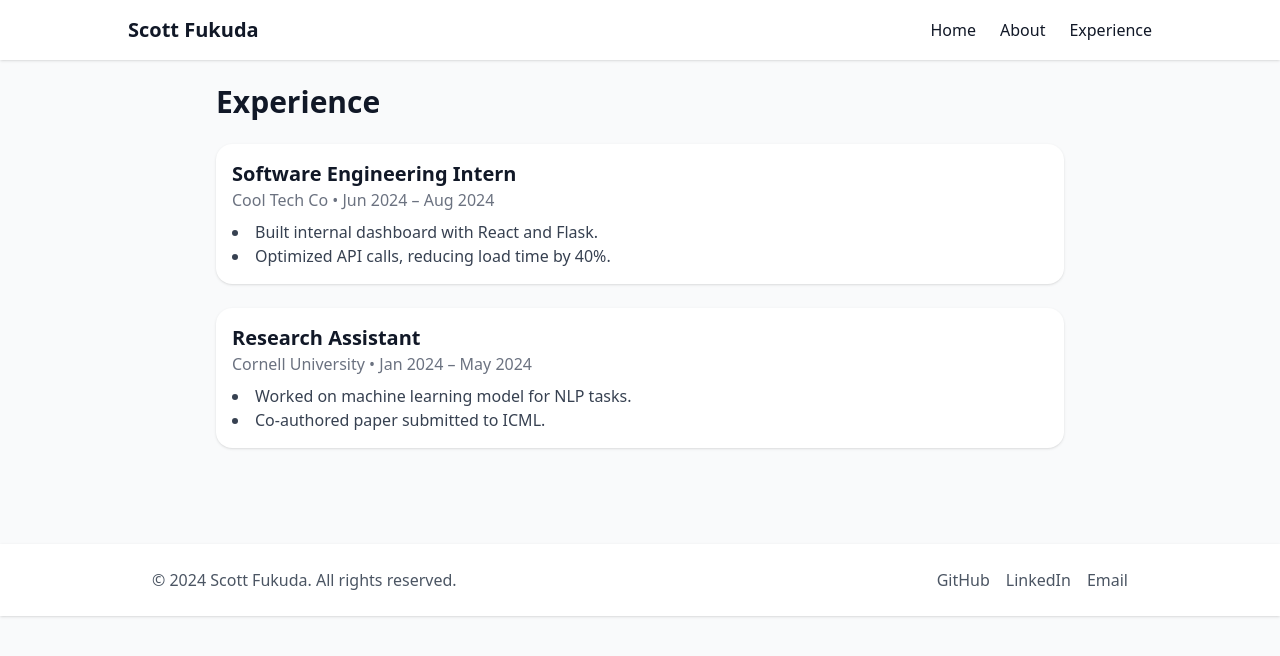
Repository: Scott-Fukuda/personalWebsite
Page: /experience
The author's editor kept a copy of each file at every save. The page is drawn from the files as they stood at one save, then again after the next save.
The browser window is 1280 px wide. The pictures show the whole page.
The project was rebuilt for these pictures with package versions that can differ from the ones it lists, and the page was loaded fresh each time. Also part of the build but not shown: vite.config.js, src/components/ProjectCard.jsx, src/data/projects.jsx, src/pages/Home.jsx, src/pages/About.jsx.

Above is the page before, as saved 2025-08-27 16:50:59.

### index.html
<!doctype html>
<html lang="en">
  <head>
    <meta charset="UTF-8" />
    <link rel="icon" type="image/svg+xml" href="/vite.svg" />
    <meta name="viewport" content="width=device-width, initial-scale=1.0" />
    <title>Scott Fukuda - Personal Website</title>
  </head>
  <body>
    <div id="root"></div>
    <script type="module" src="/src/main.jsx"></script>
  </body>
</html>

### src/App.jsx
import { BrowserRouter as Router, Routes, Route } from "react-router-dom";
import Navbar from "./components/Navbar";
import Footer from "./components/Footer";
import Home from "./pages/Home";
import About from "./pages/About";
import Experience from "./pages/Experience";

export default function App() {
  return (
    <Router>
      <div className="min-h-screen bg-gray-50 dark:bg-gray-900 text-gray-900 dark:text-gray-100">
        <Navbar />
        <Routes>
          <Route path="/" element={<Home />} />
          <Route path="/about" element={<About />} />
          <Route path="/experience" element={<Experience />} />
        </Routes>
        <Footer />
      </div>
    </Router>
  );
}

### src/index.css
@tailwind base;
@tailwind components;
@tailwind utilities;

/* Basic reset and global styles */
* {
  margin: 0;
  padding: 0;
  box-sizing: border-box;
}

body {
  font-family: system-ui, -apple-system, BlinkMacSystemFont, 'Segoe UI', Roboto, sans-serif;
  -webkit-font-smoothing: antialiased;
  -moz-osx-font-smoothing: grayscale;
}

### src/components/Navbar.jsx
import { Link } from "react-router-dom";

export default function Navbar() {
  return (
    <nav className="bg-white dark:bg-gray-800 shadow p-4 sticky top-0 z-50">
      <div className="max-w-5xl mx-auto flex justify-between items-center">
        <h1 className="text-xl font-bold">Scott Fukuda</h1>
        <div className="flex gap-6">
          <Link to="/" className="hover:text-blue-500">Home</Link>
          <Link to="/about" className="hover:text-blue-500">About</Link>
          <Link to="/experience" className="hover:text-blue-500">Experience</Link>
        </div>
      </div>
    </nav>
  );
}

### src/components/Footer.jsx
export default function Footer() {
  return (
    <footer className="bg-white dark:bg-gray-800 shadow mt-12">
      <div className="max-w-5xl mx-auto p-6">
        <div className="flex flex-col md:flex-row justify-between items-center">
          <div className="text-gray-600 dark:text-gray-300">
            © 2024 Scott Fukuda. All rights reserved.
          </div>
          <div className="flex gap-4 mt-4 md:mt-0">
            <a
              href="https://github.com/yourusername"
              target="_blank"
              rel="noopener noreferrer"
              className="text-gray-600 dark:text-gray-300 hover:text-blue-500"
            >
              GitHub
            </a>
            <a
              href="https://linkedin.com/in/yourusername"
              target="_blank"
              rel="noopener noreferrer"
              className="text-gray-600 dark:text-gray-300 hover:text-blue-500"
            >
              LinkedIn
            </a>
            <a
              href="mailto:your.email@example.com"
              className="text-gray-600 dark:text-gray-300 hover:text-blue-500"
            >
              Email
            </a>
          </div>
        </div>
      </div>
    </footer>
  );
}

### src/pages/Experience.jsx
import { experiences } from "../data/experiences";

export default function Experience() {
  return (
    <div className="max-w-4xl mx-auto p-6">
      <h1 className="text-3xl font-bold mb-6">Experience</h1>
      {experiences.map((exp, i) => (
        <div key={i} className="mb-6 p-4 rounded-2xl shadow bg-white dark:bg-gray-800">
          <h2 className="text-xl font-semibold">{exp.role}</h2>
          <p className="text-gray-500">{exp.company} • {exp.duration}</p>
          <ul className="list-disc list-inside mt-2 text-gray-700 dark:text-gray-300">
            {exp.description.map((line, j) => (
              <li key={j}>{line}</li>
            ))}
          </ul>
        </div>
      ))}
    </div>
  );
}

### src/data/experiences.js
export const experiences = [
  {
    role: "Software Engineering Intern",
    company: "Cool Tech Co",
    duration: "Jun 2024 – Aug 2024",
    description: [
      "Built internal dashboard with React and Flask.",
      "Optimized API calls, reducing load time by 40%.",
    ],
  },
  {
    role: "Research Assistant",
    company: "Cornell University",
    duration: "Jan 2024 – May 2024",
    description: [
      "Worked on machine learning model for NLP tasks.",
      "Co-authored paper submitted to ICML.",
    ],
  },
];

Loaded but not shown: src/main.jsx (common file); tailwind.config.js (common file)

After the next save:
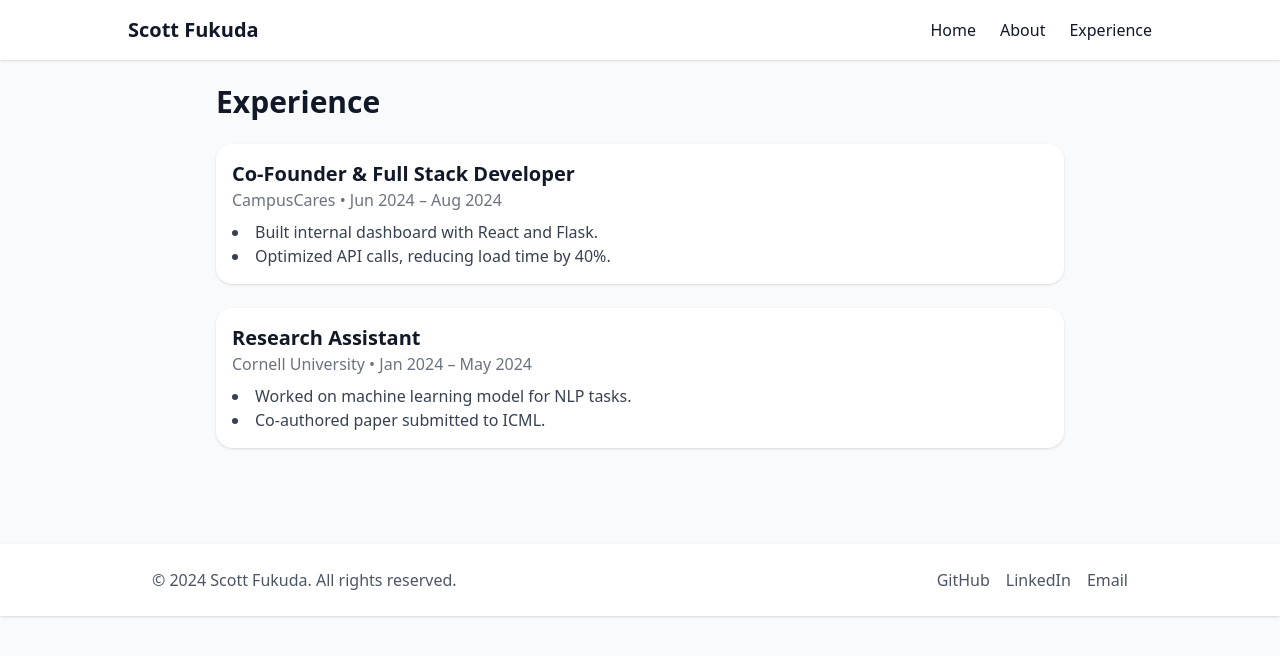
Saved 19 min 43 s later.
--- a/src/data/experiences.js
+++ b/src/data/experiences.js
@@ -1,7 +1,7 @@
 export const experiences = [
   {
-    role: "Software Engineering Intern",
-    company: "Cool Tech Co",
+    role: "Co-Founder & Full Stack Developer",
+    company: "CampusCares",
     duration: "Jun 2024 – Aug 2024",
     description: [
       "Built internal dashboard with React and Flask.",
